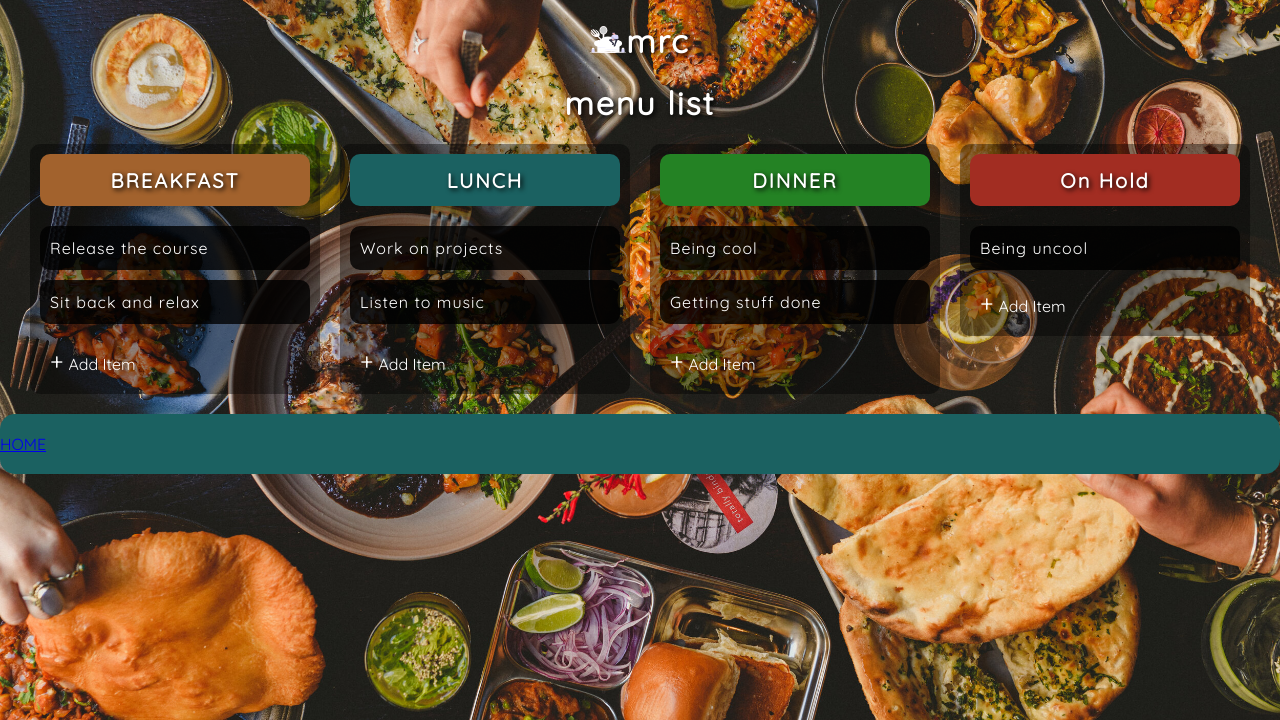
Repository: Anasooya2601/drag-and-drop
Page: index.html
These files come from the project's save history. The page is drawn as it stood at one moment and after the next save; the edit follows.
The browser window is 1280 px wide. The pictures show the whole page.

Above is the page before, as saved 2021-02-15 19:58:58.

After the next save:
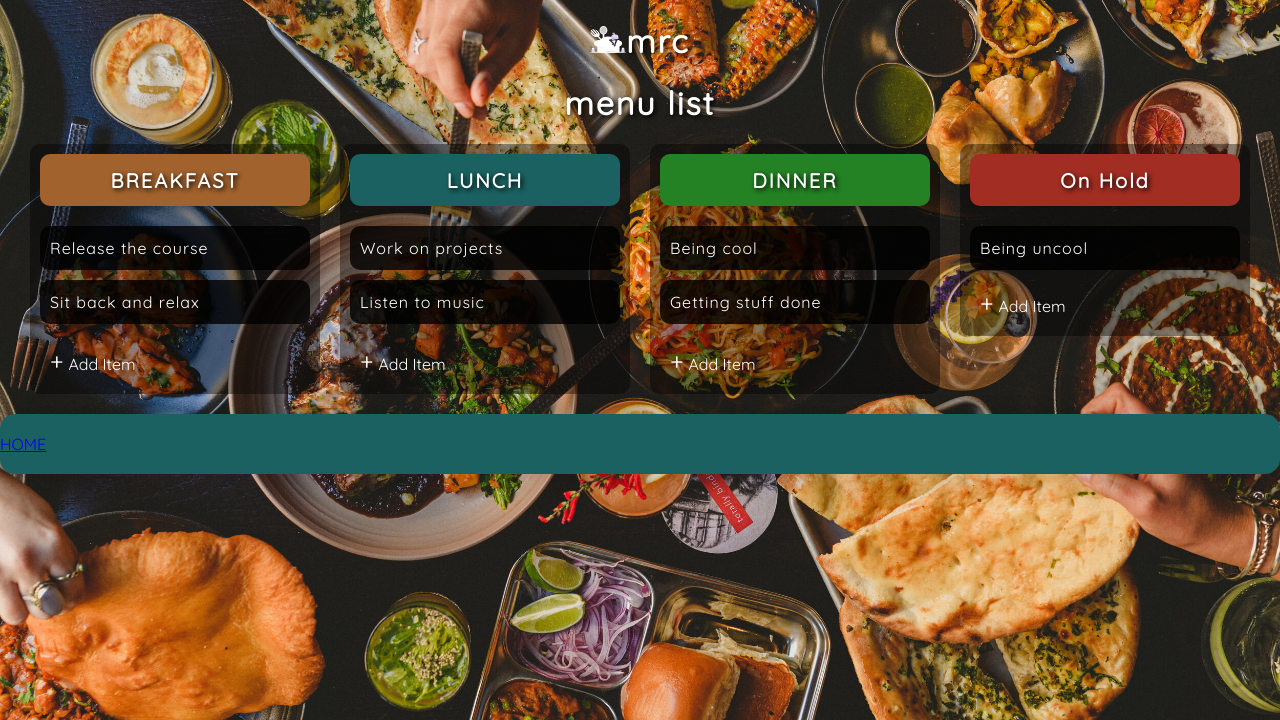
Saved 23 s later.
--- a/style.css
+++ b/style.css
@@ -29,7 +29,7 @@ nav{
   line-height:60px;
   border-radius: 15px;
   overflow: hidden;
-
+  box-shadow:0 0 40px rgba(0, 0, 0, 0.2);
 }
 
 h1 {
